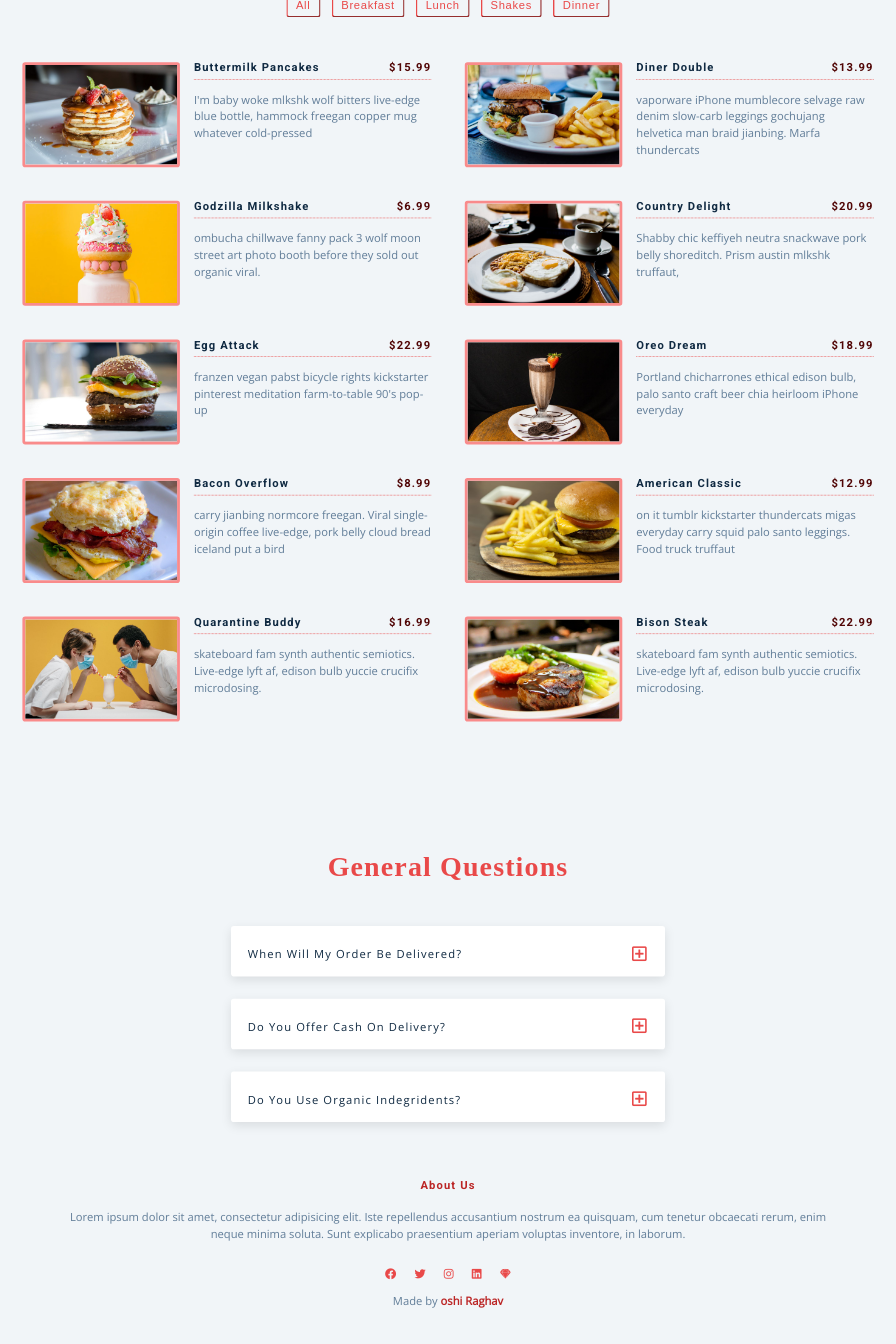
Repository: xoshiraghavx/Food-you
Page: index.html
An editor plug-in stored every save of this project. The page is shown before and after the next save, followed by the edit.
The browser window is 1280 px wide. The pictures show the part of the page from y = 1037 to 2957 px (the page is 2957 px tall before and 2933 px after), at 70% of full size.
Some web libraries are served in a nearby version.

Above is the page before, as saved 2022-12-03 08:49:17.

### index.html
<!DOCTYPE html>
<html lang="en">
  <head>
    <meta charset="UTF-8" />
    <meta name="viewport" content="width=device-width, initial-scale=1.0" />
    <title>interior design</title>
    <!-- font-awesome -->
    <link
      rel="stylesheet"
      href="https://cdnjs.cloudflare.com/ajax/libs/font-awesome/5.14.0/css/all.min.css"
    />

    <!-- styles -->
    <link rel="stylesheet" href="styles.css" />
  </head>
  <body>
<nav>
  <div class="nav-center">
    <div class="nav-header">
      <div class="logo-div">
      <img src="./img/logo.png" alt="logo" class="logo">
      <div class="logo-name">
      <p><span id="color"><b>FOOD </b><br><i>& you</i></span></p>
    </div>
    </div>
      <button class="nav-toggle">
        <i class="fas fa-bars"></i>
      </button>
    </div>
    <!-- links -->
    <ul class="links">

      <li>
        <a href="index.html">home</a>
      </li>
      <li>
        <a href="about.html">about</a>
      </li>
      <li>
        <a href="contact.html">contact</a>
      </li>
    </ul>
    <!-- social media -->
    <ul class="social-icons">
      <li>
        <a href="https://www.facebook.com">
          <i class="fab fa-facebook"></i>
        </a>
      </li>
      <li>
        <a href="https://www.twitter.com">
          <i class="fab fa-twitter"></i>
        </a>
      </li>
      <li>
        <a href="https://www.instagram.com">
          <i class="fab fa-instagram"></i>
        </a>
      </li>
      <li>
        <a href="https://www.linkedin.com">
          <i class="fab fa-linkedin"></i>
        </a>
      </li>
      <li>
        <a href="https://www.twitter.com">
          <i class="fab fa-sketch"></i>
        </a>
      </li>
    </ul>
  </div>
</nav>
<header class="hero">
  <div class="banner">
    <h2>Looking for some food!</h2>
    <button class="btn modal-btn">Order Now</button>
  </div>
</header>
<div class="modal-overlay">
  <div class="modal-container">
    <br>
    <h3>Title</h3>
    <p>Lorem ipsum dolor sit amet consectetur adipisicing elit. Illo deleniti eum mollitia distinctio! Nesciunt dolor minima animi esse officia! Recusandae? Lorem ipsum dolor sit amet consectetur, adipisicing elit. Aspernatur, hic.</p>
    <button class="close-btn">
      <i class="fas fa-times"> </i>
    </button>
  </div>
</div>
<section class="menu">
  <div class="title">
    <h2>Our Menu</h2>
    <div class="underline"></div>
  </div>
  <div class="btn-container">
    <!-- <button class="filter-btn" type="button" data-id="all">all</button>
    <button class="filter-btn" type="button"data-id="breakfast">breakfast</button>
    <button class="filter-btn" type="button" data-id="lunch">lunch</button>
    <button class="filter-btn" type="button" data-id="shakes">shakes</button> -->
  </div>
    <div class="section-center">
      <!-- <article class="menu-item">
        <img src="./menu-item.jpeg" class="photo" alt="menu item">
        <div class="item-info">
          <header>
            <h4>buttermilk pancakes</h4>
            <h4 class="price">Rs 600/-</h4>
          </header>
          <p class="item-text">Lorem ipsum, dolor sit amet consectetur adipisicing elit. Dolore totam aliquid ut eius architecto magni cumque explicabo voluptate, repudiandae harum.</p>
        </div>
      </article> -->
    </div>
</section>
<section class="questions">
  <div class="title">
    <h2>general questions</h2>
  </div>
  <div class="question-center">
    <article class="question">
      <div class="question-title">
      <p>When will my order be delivered?</p>
      <button type="button" class="question-btn">
        <span class="plus-icon">
      <i class="far fa-plus-square"></i>
        </span>

        <span class="minus-icon">
      <i class="far fa-minus-square"></i>
        </span>

      </button>
    </div>
    <div class="question-text">
      <p>Estimated delivery are given against each products. While sincere efforts are being made to deliver the products within the given time frame factors like, availability, festive seasons, courier delays are bound to happen. These factors are constantly monitored to keep any inordinate delays under control.</p>
    </div>
    </article>
    <article class="question">
      <div class="question-title">
      <p>Do you offer Cash on Delivery?</p>
      <button type="button" class="question-btn">
        <span class="plus-icon">
      <i class="far fa-plus-square"></i>
        </span>

        <span class="minus-icon">
      <i class="far fa-minus-square"></i>
        </span>

      </button>
    </div>
    <div class="question-text">
      <p>Yes. We offer Cash on Delivery which most of the other websites don't offer.</p>
    </div>
    </article>
    <article class="question">
      <div class="question-title">
      <p>do you use organic indegridents?</p>
      <button type="button" class="question-btn">
        <span class="plus-icon">
      <i class="far fa-plus-square"></i>
        </span>

        <span class="minus-icon">
      <i class="far fa-minus-square"></i>
        </span>

      </button>
    </div>
    <div class="question-text">
      <p>We deliver the products that are fresh and systems are kept in place to source the best products and safely consign them to you. We don't stock the products but place once we receive orders.</p>
    </div>
    </article>
  </div>
</section>
<!-- --------footer--------- -->
<section class="footer">
  <h4 id="color">About Us</h4>
  <p>Lorem ipsum dolor sit amet, consectetur adipisicing elit. Iste repellendus accusantium nostrum ea quisquam, cum tenetur obcaecati rerum, enim <br> neque minima soluta. Sunt explicabo praesentium aperiam voluptas inventore, in laborum.</p>
  <ul class="icons">
    <li>
      <a href="https://www.facebook.com">
        <i class="fab fa-facebook"></i>
      </a>
    </li>
    <li>
      <a href="https://www.twitter.com">
        <i class="fab fa-twitter"></i>
      </a>
    </li>
    <li>
      <a href="https://www.instagram.com">
        <i class="fab fa-instagram"></i>
      </a>
    </li>
    <li>
      <a href="https://www.linkedin.com">
        <i class="fab fa-linkedin"></i>
      </a>
    </li>
    <li>
      <a href="https://www.twitter.com">
        <i class="fab fa-sketch"></i>
      </a>
    </li>
  </ul>
  <p>Made by <b id="color">oshi Raghav</b></p>
</section>
<!-- javascript -->
    <script src="app.js"></script>
  </body>
</html>

### styles.css
/*
===============
Fonts
===============
*/
@import url('https://fonts.googleapis.com/css?family=Open+Sans|Roboto:400,700&display=swap');

/*
===============
Variables
===============
*/

:root {
  /* dark shades of primary color*/
  --clr-primary-1: hsl(0, 86%, 17%);
  --clr-primary-2: hsl(0, 77%, 27%);
  --clr-primary-3: hsl(0, 72%, 37%);
  --clr-primary-4: hsl(0, 63%, 48%);
  /* primary/main color */
  --clr-primary-5: hsl(0, 78%, 60%);
  /* lighter shades of primary color */
  --clr-primary-6: hsl(0, 90%, 70%);
  --clr-primary-7: hsl(0, 90%, 76%);
  --clr-primary-8: hsl(0, 86%, 81%);
  --clr-primary-9: hsl(0, 90%, 88%);
  --clr-primary-10: hsl(0, 100%, 96%);
  /* darkest grey - used for headings */
  --clr-grey-1: hsl(209, 61%, 16%);
  --clr-grey-2: hsl(211, 39%, 23%);
  --clr-grey-3: hsl(209, 34%, 30%);
  --clr-grey-4: hsl(209, 28%, 39%);
  /* grey used for paragraphs */
  --clr-grey-5: hsl(210, 22%, 49%);
  --clr-grey-6: hsl(209, 23%, 60%);
  --clr-grey-7: hsl(211, 27%, 70%);
  --clr-grey-8: hsl(210, 31%, 80%);
  --clr-grey-9: hsl(212, 33%, 89%);
  --clr-grey-10: hsl(210, 36%, 96%);
  --clr-white: #fff;
  --clr-red-dark: hsl(360, 67%, 44%);
  --clr-red-light: hsl(360, 71%, 66%);
  --clr-green-dark: hsl(125, 67%, 44%);
  --clr-green-light: hsl(125, 71%, 66%);
  --clr-black: #222;
  --ff-primary: 'Roboto', sans-serif;
  --ff-secondary: 'Open Sans', sans-serif;
  --transition: all 0.3s linear;
  --spacing: 0.1rem;
  --radius: 0.25rem;
  --light-shadow: 0 5px 15px rgba(0, 0, 0, 0.1);
  --dark-shadow: 0 5px 15px rgba(0, 0, 0, 0.2);
  --max-width: 1170px;
  --fixed-width: 620px;
}
/*
===============
Global Styles
===============
*/

*,
::after,
::before {
  margin: 0;
  padding: 0;
  box-sizing: border-box;
}
body {
  font-family: var(--ff-secondary);
  background: var(--clr-grey-10);
  color: var(--clr-grey-1);
  line-height: 1.5;
  font-size: 0.875rem;
}
ul {
  list-style-type: none;
}
a {
  text-decoration: none;
}
img:not(.logo) {
  width: 100%;
}
img {
  display: block;
}
h1,
h2,
h3,
h4 {
  letter-spacing: var(--spacing);
  text-transform: capitalize;
  line-height: 1.25;
  margin-bottom: 0.75rem;
  font-family: var(--ff-primary);
}
h1 {
  font-size: 3rem;
}
h2 {
  font-size: 2rem;
}
h3 {
  font-size: 1.25rem;
}
h4 {
  font-size: 0.875rem;
}
p {
  margin-bottom: 1.25rem;
  color: var(--clr-grey-5);
}
@media screen and (min-width: 800px) {
  h1 {
    font-size: 4rem;
  }
  h2 {
    font-size: 2.5rem;
  }
  h3 {
    font-size: 1.75rem;
  }
  h4 {
    font-size: 1rem;
  }
  body {
    font-size: 1rem;
  }
  h1,
  h2,
  h3,
  h4 {
    line-height: 1;
  }
}
/*  global classes */
.btn {
  text-transform: uppercase;
  background: transparent;
  color: var(--clr-black);
  padding: 0.375rem 0.75rem;
  letter-spacing: var(--spacing);
  display: inline-block;
  transition: var(--transition);
  font-size: 0.875rem;
  border: 2px solid var(--clr-black);
  cursor: pointer;
  box-shadow: 0 1px 3px rgba(0, 0, 0, 0.2);
  border-radius: var(--radius);
}
.btn:hover {
  color: var(--clr-white);
  background: var(--clr-black);
}
/* section */
.section {
  padding: 5rem 0;
}


@media screen and (min-width: 992px) {
  .section-center .question-center {
    width: 95vw;
  }
}
main {
  min-height: 100vh;
  display: grid;
  place-items: center;
}

/*
===============
Navbar
===============
*/
nav {
  background: var(--clr-white);
  box-shadow: var(--light-shadow);
  position: fixed;
  width: 100%;
}
.nav-header {
  display: flex;
  align-items: center;
  justify-content: space-between;
  padding: 1rem;
}
.nav-toggle {
  font-size: 1.5rem;
  color: var(--clr-primary-5);
  background: transparent;
  border-color: transparent;
  transition: var(--transition);
  cursor: pointer;
}
.nav-toggle:hover {
  color: var(--clr-primary-1);
  transform: rotate(90deg);
}
.logo-div{
  display: flex;
}
.logo {
  height: 90px;
  width: 90px;
}
.logo-name{
  margin-top: 20px;
}
#color{
  color: var(--clr-red-dark);

}
.links a {
  color: var(--clr-grey-3);
  font-size: 1rem;
  text-transform: capitalize;
  letter-spacing: var(--spacing);
  display: block;
  padding: 0.5rem 1rem;
  transition: var(--transition);
}
.links a:hover {
  background: var(--clr-primary-8);
  color: var(--clr-primary-5);
  padding-left: 1.5rem;
}
.social-icons {
  display: none;
}
.links {
  height: 0;
  overflow: hidden;
  transition: var(--transition);
}
.show-links {
  height: 10rem;
}
@media screen and (min-width: 800px) {
  .nav-center {
    max-width: 1170px;
    margin: 0 auto;
    display: flex;
    align-items: center;
    justify-content: space-between;
    padding: 1rem;
  }
  .nav-header {
    padding: 0;
  }
  .nav-toggle {
    display: none;
  }
  .links {
    height: auto;
    display: flex;
  }
  .links a {
    padding: 0;
    margin: 0 0.5rem;
  }
  .links a:hover {
    padding: 0;
    background: transparent;
  }

  .social-icons {
    display: flex;
  }
  .social-icons a {
    margin: 0 0.5rem;
    color: var(--clr-primary-4);
    transition: var(--transition);
  }
  .social-icons a:hover {
    color: var(--clr-primary-7);
  }
}
/* modal css  */
.hero {
  height: 100vh;
  background: linear-gradient(rgba(4, 9, 30, 0.421),rgba(4, 9, 30, 0.421)),url("https://discovertemplate.com/wp-content/uploads/2020/11/DT_G62_Food-drink-Animated-GIF-Icon-Pack.gif") center/cover no-repeat;
  display: grid;
  place-items: center;
}
.banner {
  background: var(--clr-white);
  padding: 4rem 0;
  border-radius: var(--radius);
  box-shadow: var(--light-shadow);
  text-align: center;
  width: 90vw;
  max-width: var(--fixed-width);
}
.modal-btn {
  margin-top: 2rem;
  background: var(--clr-primary-5);
  border-color: var(--clr-primary-5);
  color: var(--clr-white);
}
.modal-btn:hover {
  background: transparent;
  color: var(--clr-primary-5);
}
.modal-overlay {
  position: fixed;
  top: 0;
  left: 0;
  width: 100%;
  height: 100%;
  background: hsla(209, 61%, 16%, 0.77);
  display: grid;
  place-items: center;
  transition: var(--transition);
  visibility: hidden;
  z-index: -10;
}
/* OPEN/CLOSE MODAL */
.open-modal {
  visibility: visible;
  z-index: 10;
}
.modal-container {
  background: var(--clr-white);
  border-radius: var(--radius);
  width: 90vw;
  height: 30vh;
  max-width: var(--fixed-width);
  text-align: center;
  display: grid;
  place-items: center;
  position: relative;
}
.close-btn {
  position: absolute;
  top: 1rem;
  right: 1rem;
  font-size: 2rem;
  background: transparent;
  border-color: transparent;
  color: var(--clr-red-dark);
  cursor: pointer;
  transition: var(--transition);
}
.close-btn:hover {
  color: var(--clr-red-light);
  transform: scale(1.3);
}
/* menu css */

.menu {
  padding: 5rem 0;
}
.title {
  text-align: center;
  margin-bottom: 2rem;
}
.underline {
  width: 5rem;
  height: 0.25rem;
  background: var(--clr-primary-8);
  margin-left: auto;
  margin-right: auto;
}
.btn-container {
  margin-bottom: 4rem;
  display: flex;
  justify-content: center;
}
.filter-btn {
  background: transparent;
  border-color: var(--clr-primary-5);
  font-size: 1rem;
  text-transform: capitalize;
  margin: 0 0.5rem;
  letter-spacing: 1px;
  border-radius: var(--radius);
  padding: 0.375rem 0.75rem;
  color: var(--clr-primary-5);
  cursor: pointer;
  transition: var(--transition);
}
.filter-btn:hover {
  background: var(--clr-primary-5);
  color: var(--clr-white);
}
.section-center .question-center{
  width: 90vw;
  max-width: 1170px;
}
.section-center{
  display: grid;
  margin: 0 auto;
  gap: 3rem 3rem;
  justify-items: center;
}
.menu-item {
  display: grid;
  gap: 1rem 2rem;
  max-width: 25rem;
}
.photo {
  object-fit: cover;
  height: 200px;
  border: 0.25rem solid var(--clr-primary-7);
  border-radius: var(--radius);
}
.item-info header {
  display: flex;
  justify-content: space-between;
  border-bottom: 0.5px dotted var(--clr-primary-5);
}
.item-info h4 {
  margin-bottom: 0.5rem;
}
.price {
  color: var(--clr-primary-1);
}
.item-text {
  margin-bottom: 0;
  padding-top: 1rem;
}

@media screen and (min-width: 768px) {
  .menu-item {
    grid-template-columns: 225px 1fr;
    gap: 0 1.25rem;
    max-width: 40rem;
  }
  .photo {
    height: 175px;
  }
}
@media screen and (min-width: 1200px) {
  .section-center {
    width: 95vw;
    grid-template-columns: 1fr 1fr;
  }
  .photo {
    height: 150px;
  }
}

/*
===============
Questions
===============
*/
.title {
  margin-top: 15vh;
  margin-bottom: 4rem;
}
.title h2 {
  color: var(--clr-primary-5);
  font-family: "Great Vibes", cursive;
  text-align: center;
}
.question-center {
  max-width: var(--fixed-width);
  margin: 0 auto;
}
.question {
  background: var(--clr-white);
  border-radius: var(--radius);
  box-shadow: var(--light-shadow);
  padding: 1.5rem 1.5rem 0 1.5rem;
  margin-bottom: 2rem;
}
.question-title {
  display: flex;
  justify-content: space-between;
  align-items: center;
  text-transform: capitalize;
  padding-bottom: 1rem;
}
.question-title p {
  margin-bottom: 0;
  letter-spacing: var(--spacing);
  color: var(--clr-grey-1);
}
.question-btn {
  font-size: 1.5rem;
  background: transparent;
  border-color: transparent;
  cursor: pointer;
  color: var(--clr-primary-5);
  transition: var(--transition);
}
.question-btn:hover {
  transform: rotate(90deg);
}
.question-text {
  padding: 1rem 0 1.5rem 0;
  border-top: 1px solid rgba(0, 0, 0, 0.2);
}
.question-text p {
  margin-bottom: 0;
}
/* hide text */
.question-text {
  display: none;
}
.show-text .question-text {
  display: block;
}
.minus-icon {
  display: none;
}
.show-text .minus-icon {
  display: inline;
}
.show-text .plus-icon {
  display: none;
}
/* ---------footer----------- */
.footer{
  width: 100%;
  text-align: center;
  padding: 30px 0;
}
.footer h4{
  margin-bottom: 25px;
  margin-top: 20px;
  font-weight: 600;
}
.icons{
  display: flex;
  flex-direction: row;
  justify-content: center;
  align-items: center;
}
.icons .fab{
  color: var(--clr-primary-5);
  margin: 0 13px;
  cursor: pointer;
  padding: 18px 0;
}

### app.js
// // classList - shows/gets all classes
// // contains - checks classList for specific class
// // add - add class
// // remove - remove class
// // toggle - toggles class

const navToggle = document.querySelector(".nav-toggle");
const links = document.querySelector(".links");

navToggle.addEventListener('click', () =>{
    links.classList.toggle("show-links")
})


// // modal js

const modalBtn = document.querySelector(".modal-btn");
const modal      = document.querySelector(".modal-overlay");
const closeBtn = document.querySelector(".close-btn");

modalBtn.addEventListener('click',() =>{
    modal.classList.add('open-modal');
})
closeBtn.addEventListener('click',() =>{
    modal.classList.remove('open-modal');
})
//menu
const menu = [
    {
      id: 1,
      title: "buttermilk pancakes",
      category: "breakfast",
      price: 15.99,
      img: "./img/item-1.jpeg",
      desc: `I'm baby woke mlkshk wolf bitters live-edge blue bottle, hammock freegan copper mug whatever cold-pressed `,
    },
    {
      id: 2,
      title: "diner double",
      category: "lunch",
      price: 13.99,
      img: "./img/item-2.jpeg",
      desc: `vaporware iPhone mumblecore selvage raw denim slow-carb leggings gochujang helvetica man braid jianbing. Marfa thundercats `,
    },
    {
      id: 3,
      title: "godzilla milkshake",
      category: "shakes",
      price: 6.99,
      img: "./img/item-3.jpeg",
      desc: `ombucha chillwave fanny pack 3 wolf moon street art photo booth before they sold out organic viral.`,
    },
    {
      id: 4,
      title: "country delight",
      category: "breakfast",
      price: 20.99,
      img: "./img/item-4.jpeg",
      desc: `Shabby chic keffiyeh neutra snackwave pork belly shoreditch. Prism austin mlkshk truffaut, `,
    },
    {
      id: 5,
      title: "egg attack",
      category: "lunch",
      price: 22.99,
      img: "./img/item-5.jpeg",
      desc: `franzen vegan pabst bicycle rights kickstarter pinterest meditation farm-to-table 90's pop-up `,
    },
    {
      id: 6,
      title: "oreo dream",
      category: "shakes",
      price: 18.99,
      img: "./img/item-6.jpeg",
      desc: `Portland chicharrones ethical edison bulb, palo santo craft beer chia heirloom iPhone everyday`,
    },
    {
      id: 7,
      title: "bacon overflow",
      category: "breakfast",
      price: 8.99,
      img: "./img/item-7.jpeg",
      desc: `carry jianbing normcore freegan. Viral single-origin coffee live-edge, pork belly cloud bread iceland put a bird `,
    },
    {
      id: 8,
      title: "american classic",
      category: "lunch",
      price: 12.99,
      img: "./img/item-8.jpeg",
      desc: `on it tumblr kickstarter thundercats migas everyday carry squid palo santo leggings. Food truck truffaut  `,
    },
    {
      id: 9,
      title: "quarantine buddy",
      category: "shakes",
      price: 16.99,
      img: "./img/item-9.jpeg",
      desc: `skateboard fam synth authentic semiotics. Live-edge lyft af, edison bulb yuccie crucifix microdosing.`,
    },
    {
      id: 10,
      title: "bison steak",
      category: "dinner",
      price: 22.99,
      img: "./img/item-10.jpeg",
      desc: `skateboard fam synth authentic semiotics. Live-edge lyft af, edison bulb yuccie crucifix microdosing.`,
    },
  ];
  // get parent element
  const sectionCenter = document.querySelector(".section-center");
  const btnContainer = document.querySelector(".btn-container");
  // display all items when page loads
  window.addEventListener("DOMContentLoaded", function () {
    diplayMenuItems(menu);
    displayMenuButtons();
  });

  function diplayMenuItems(menuItems) {
    let displayMenu = menuItems.map(function (item) {
      // console.log(item);

      return `<article class="menu-item">
            <img src=${item.img} alt=${item.title} class="photo" />
            <div class="item-info">
              <header>
                <h4>${item.title}</h4>
                <h4 class="price">$${item.price}</h4>
              </header>
              <p class="item-text">
                ${item.desc}
              </p>
            </div>
          </article>`;
    });
    displayMenu = displayMenu.join("");
    // console.log(displayMenu);

    sectionCenter.innerHTML = displayMenu;
  }
  function displayMenuButtons() {
    const categories = menu.reduce(
      function (values, item) {
        if (!values.includes(item.category)) {
          values.push(item.category);
        }
        return values;
      },
      ["all"]
    );
    const categoryBtns = categories
      .map(function (category) {
        return `<button type="button" class="filter-btn" data-id=${category}>
            ${category}
          </button>`;
      })
      .join("");

    btnContainer.innerHTML = categoryBtns;
    const filterBtns = btnContainer.querySelectorAll(".filter-btn");
    // console.log(filterBtns);

    filterBtns.forEach(function (btn) {
      btn.addEventListener("click", function (e) {
        // console.log(e.currentTarget.dataset);
        const category = e.currentTarget.dataset.id;
        const menuCategory = menu.filter(function (menuItem) {
          // console.log(menuItem.category);
          if (menuItem.category === category) {
            return menuItem;
          }
        });
        if (category === "all") {
          diplayMenuItems(menu);
        } else {
          diplayMenuItems(menuCategory);
        }
      });
    });
  }




// //questions css

const btns = document.querySelectorAll(".question-btn");

btns.forEach(function (btn) {
    btn.addEventListener('click', function (e) {
        const question =( e.currentTarget.parentElement.parentElement);
        question.classList.toggle("show-text");
    });
});

After the next save:
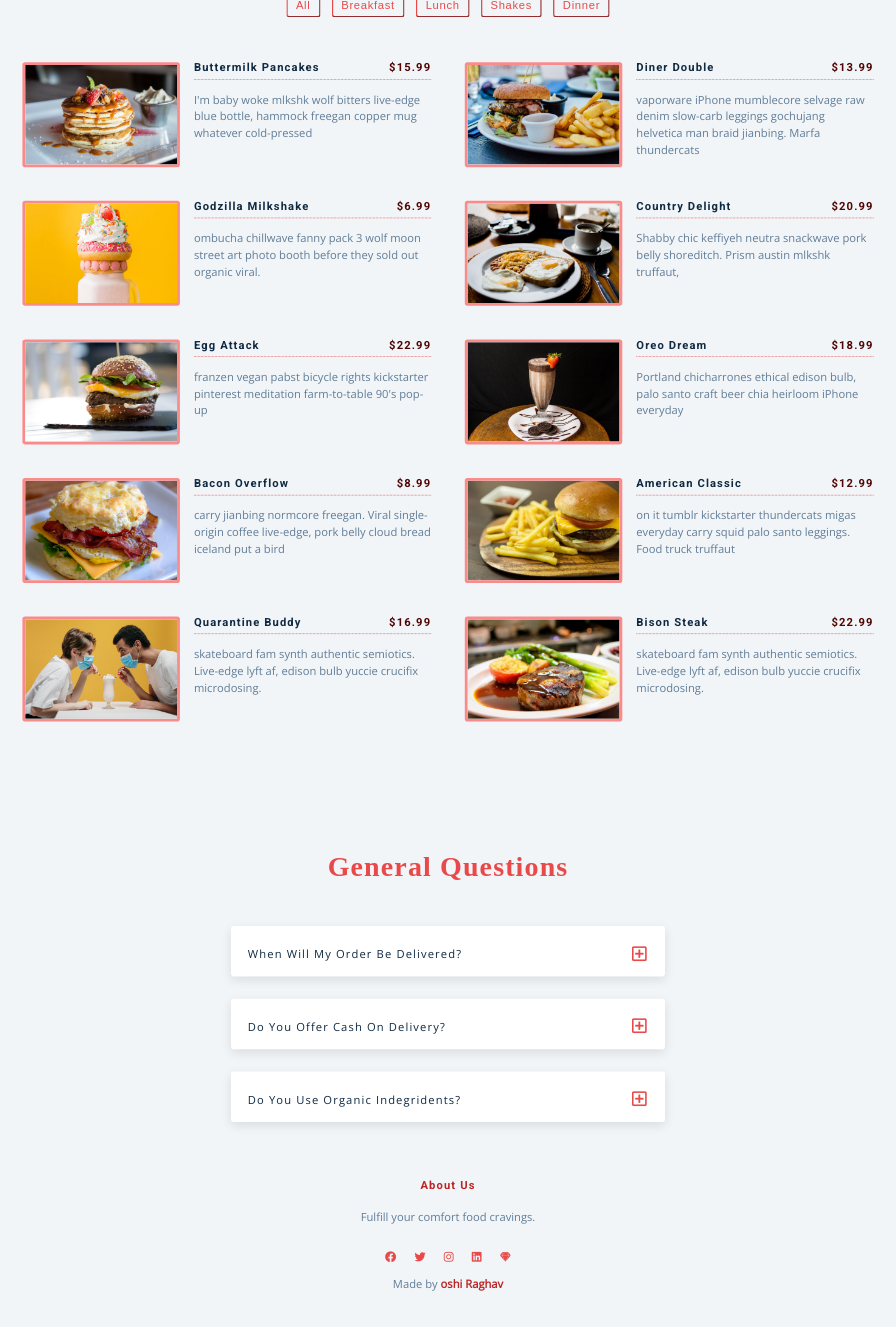
Saved 3 min 58 s later.
--- a/index.html
+++ b/index.html
@@ -174,7 +174,7 @@
 <!-- --------footer--------- -->
 <section class="footer">
   <h4 id="color">About Us</h4>
-  <p>Lorem ipsum dolor sit amet, consectetur adipisicing elit. Iste repellendus accusantium nostrum ea quisquam, cum tenetur obcaecati rerum, enim <br> neque minima soluta. Sunt explicabo praesentium aperiam voluptas inventore, in laborum.</p>
+  <p>Fulfill your comfort food cravings.</p>
   <ul class="icons">
     <li>
       <a href="https://www.facebook.com">
